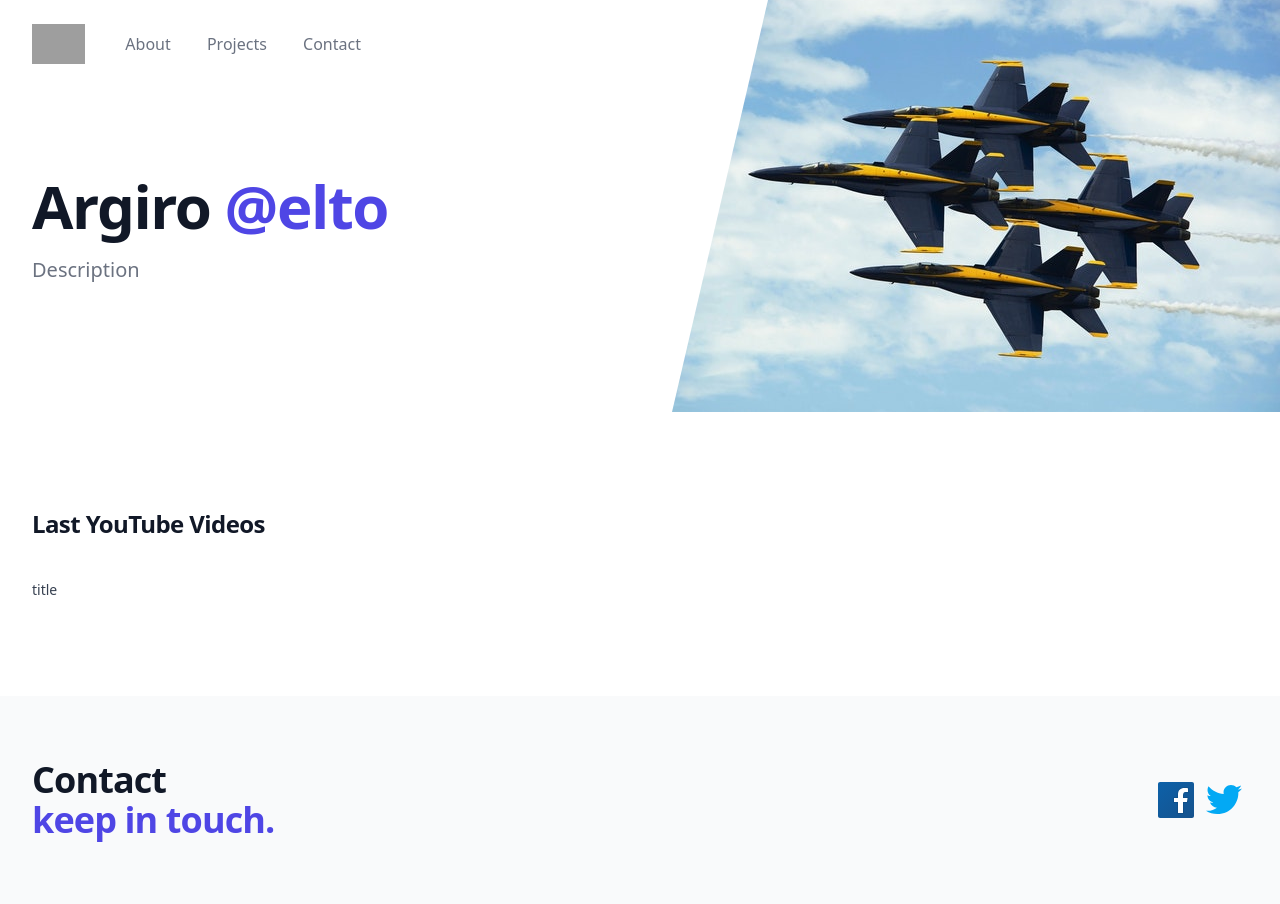
Repository: elto82/async_landing
Page: src/index.html
An editor plug-in stored every save of this project. The page is shown before and after the next save, followed by the edit.
The browser window is 1280 px wide. The pictures show the whole page.
Pictures or frames that could not be fetched are drawn as grey boxes. Some web libraries are served in a nearby version.

Above is the page before, as saved 2022-06-30 20:28:56.

After the next save:
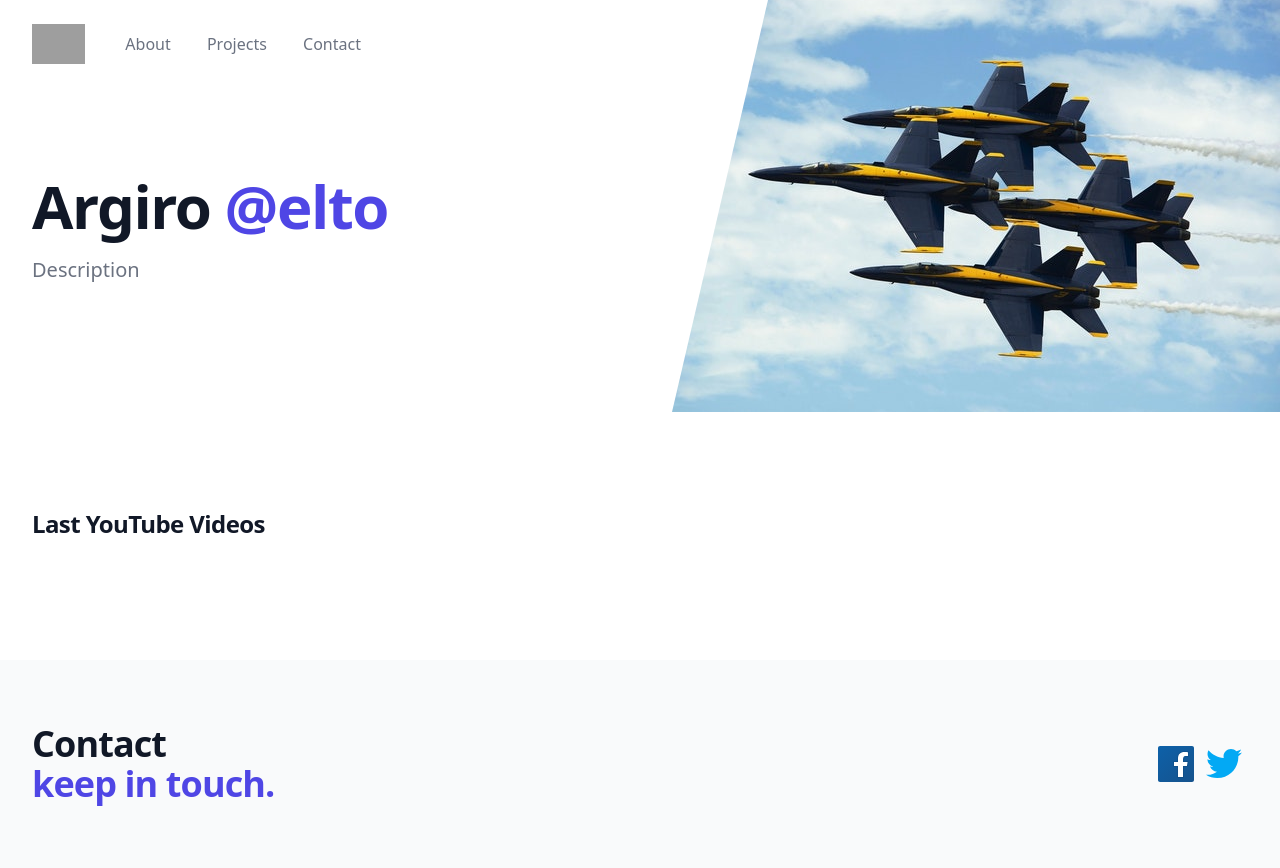
Saved 11 min 40 s later.
--- a/src/index.html
+++ b/src/index.html
@@ -58,18 +58,7 @@
       <h2 class="text-2xl font-extrabold tracking-tight text-gray-900">Last YouTube Videos</h2>
       <div class="mt-6 grid grid-cols-1 gap-y-10 gap-x-6 sm:grid-cols-2 lg:grid-cols-4 xl:gap-x-8">
         <!-- content -->
-        <div class="group relative">
-          <div
-            class="w-full bg-gray-200 aspect-w-1 aspect-h-1 rounded-md overflow-hidden group-hover:opacity-75 lg:aspect-none">
-            <img src="" alt="" class="w-full">
-          </div>
-          <div class="mt-4 flex justify-between">
-            <h3 class="text-sm text-gray-700">
-              <span aria-hidden="true" class="absolute inset-0"></span>
-              title
-            </h3>
-          </div>
-        </div>
+
       </div>
     </div>
   </div>
